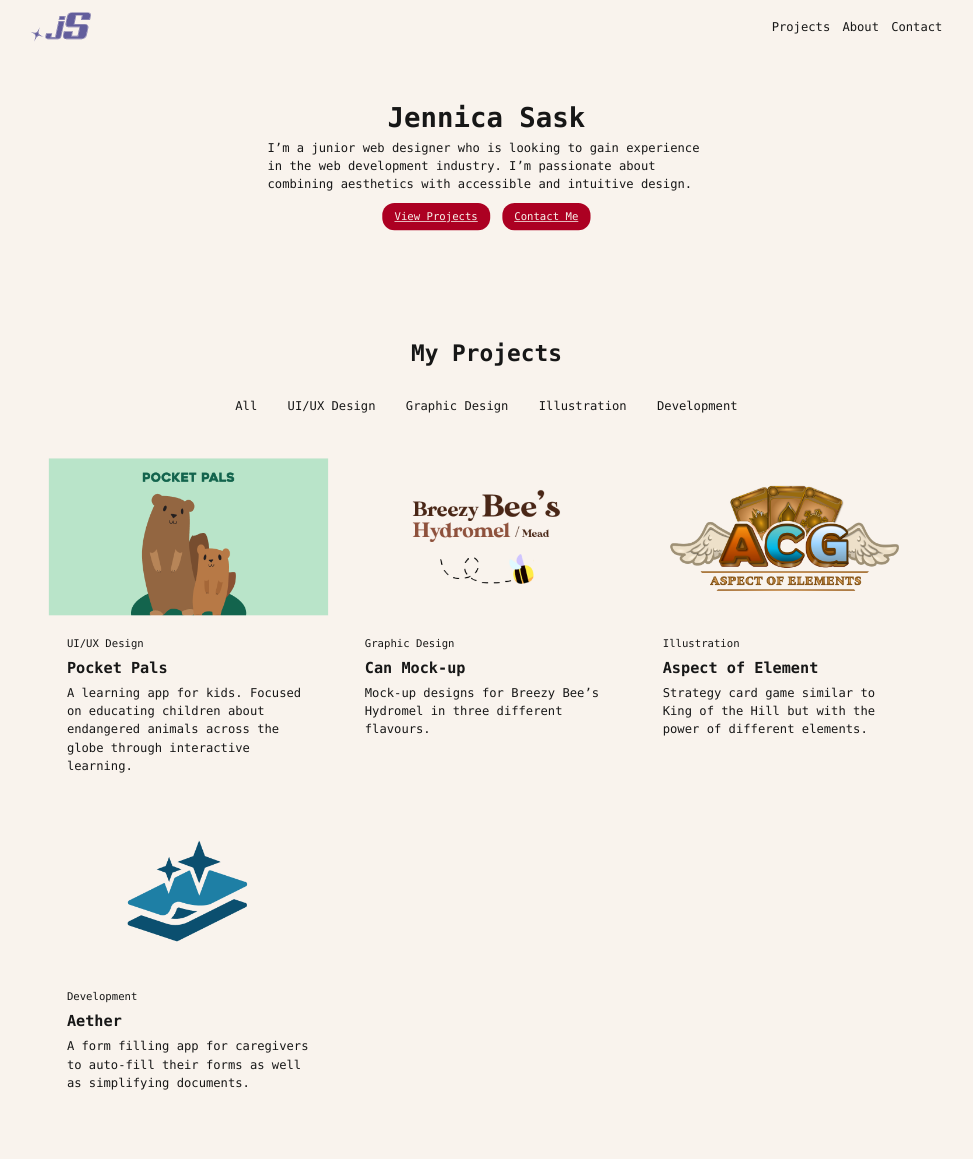
Repository: Jennica1/jsask-portfolio
Page: /
The author's editor kept a copy of each file at every save. The page is drawn from the files as they stood at one save, then again after the next save.
The browser window is 1280 px wide. The pictures show the whole page, at 76% of full size.
The project was rebuilt for these pictures with package versions that can differ from the ones it lists, and the page was loaded fresh each time. The framework's server and built-in components were replaced by stand-ins that run in the browser. Also part of the build but not shown: next.config.mjs, src/app/components/Slideshow/PP-wireframe.js.

Above is the page before, as saved 2025-02-10 16:53:51.

### src/app/layout.js
import { Geist, Geist_Mono } from "next/font/google";
import "./globals.css";

const geistSans = Geist({
  variable: "--font-geist-sans",
  subsets: ["latin"],
});

const geistMono = Geist_Mono({
  variable: "--font-geist-mono",
  subsets: ["latin"],
});

export const metadata = {
  title: "JS Portfolio",
  description: "Jennica Sask's Portfolio Works.",
};

export default function RootLayout({ children }) {
  return (
    <html lang="en">
      <body
        className={`${geistSans.variable} ${geistMono.variable} antialiased`}
      >
        {children}
      </body>
    </html>
  );
}

### src/app/page.js
import Image from "next/image";
import Header from "./components/Header/Header";
import Link from "next/link";
import Slideshow from "./components/Slideshow/PP-wireframe";
import Hero from "./components/Hero/Hero";
import { ProjectsGrid } from "./components/ProjectsGrid/ProjetsGrid";

export default function Home() {


  return (
    <>
    <main className="flex justify-center flex-col items-center">
      <Header/>


      <Hero className="p-5"/>

   <ProjectsGrid/>

    </main>
    </>
  );
}

### src/app/globals.css
@tailwind base;
@tailwind components;
@tailwind utilities;
@import "swiper/css";
@import "swiper/css/navigation";
@import "swiper/css/pagination";


:root {
  --background: #F9F3ED;
  --foreground: #171717;
}

@media (prefers-color-scheme: dark) {
  /* :root {
    --background: #0a0a0a;
    --foreground: #F9F3ED;
  } */
}

body {
  color: var(--foreground);
  background: var(--background);
  font-family: Arial, Helvetica, sans-serif, consolas;
  @apply font-consolas;
}

### src/app/components/Header/Header.js
import React from "react"
import Image from "next/image"
import Link from "next/link"

export default function Header() {
  return (
    <>
      <header className="flex justify-between w-full pl-10 pr-10 pt-4">
        <div className="flex items-center">
          <Link href="/">
          <Image
            src="/images/Logo.svg"
            width={80}
            height={50}
            alt="logo" />
            </Link>
        </div>

        <div className="flex items-center space-x-4">
          <Link href="/#projects">Projects</Link>
          <Link href="/">About</Link>
          <Link href="/">Contact</Link>
        </div>
      </header>
    </>
  )
}

### src/app/components/Hero/Hero.js
import React from "react";

export default function Hero() {
  return (
    <>
      <div className="flex flex-col items-center px-4 pt-20 py-3 space-y-2">
        <h1 className="text-3xl md:text-4xl font-bold">Jennica Sask</h1>
        <p className="text-md md:text-md text-muted-foreground max-w-xl mb-8 justify-center">
          I’m a junior web designer who is looking to gain experience in the web
          development industry. I’m passionate about combining aesthetics with
          accessible and intuitive design.
        </p>
      </div>

      <div className="flex gap-4 pb-20">
        <a
          href="#projects"
          className="px-4 py-2 hover:opacity-90 transition-opacity bg-[#AC0022] rounded-2xl w-fit h-fit text-base text-[#F9F3ED] underline md:text-sm lg:text-sm"
        >
          View Projects
        </a>
        <a
          href="#contact"
          className="px-4 py-2 hover:opacity-90 transition-opacity bg-[#AC0022] rounded-2xl w-fit h-fit text-base text-[#F9F3ED] underline md:text-sm lg:text-sm"
        >
          Contact Me
        </a>
      </div>
    </>
  );
}

### src/app/components/ProjectsGrid/ProjetsGrid.js
"use client";

import { useState } from "react";
import { ProjectCard } from "../ProjectCard/ProjectCard";

const projects = [
  {
    id: 1,
    title: "Pocket Pals",
    description: "A learning app for kids. Focused on educating children about endangered animals across the globe through interactive learning.",
    image: "/pocketPals/Logo.png",
    category: "UI/UX Design",
    path: "/pocket-pals",
  },
  {
    id: 2,
    title: "Can Mock-up",
    description: "Mock-up designs for Breezy Bee’s Hydromel in three different flavours.",
    image: "/canMockup/Logo.png",
    category: "Graphic Design",
    path: "/can-mockup",
  },
  {
    id: 3,
    title: "Aspect of Element",
    description: "Strategy card game similar to King of the Hill but with the power of different elements.",
    image: "/ACG/Logo.png",
    category: "Illustration",
    path: "/ACG",
  },
  {
    id: 4,
    title: "Aether",
    description: "A form filling app for caregivers to auto-fill their forms as well as simplifying documents.",
    image: "/aether/Logo.png",
    category: "Development",
    path: "/aether",
  },
];


const categories = ["All", "UI/UX Design", "Graphic Design", "Illustration", "Development"];

export const ProjectsGrid = () => {
  const [selectedCategory, setSelectedCategory] = useState("All");

  const filteredProjects =
    selectedCategory === "All"
      ? projects
      : projects.filter((project) => project.category === selectedCategory);

  return (
    <section id="projects" className="py-16 px-4">
      <div className="max-w-6xl mx-auto">
        <h2 className="text-3xl font-bold mb-8 text-center">My Projects</h2>

        <div className="flex flex-wrap gap-2 justify-center mb-12">
          {categories.map((category) => (
            <button
              key={category}
              onClick={() => setSelectedCategory(category)}
              className={`px-4 py-2 rounded-lg transition-colors ${
                selectedCategory === category
                  ? "bg-primary text-primary-foreground"
                  : "bg-secondary text-secondary-foreground hover:bg-secondary/80"
              }`}
            >
              {category}
            </button>
          ))}
        </div>

        {/* Fix: Use .map() to render ProjectCard components */}
        <div className="grid grid-cols-1 md:grid-cols-2 lg:grid-cols-3 gap-6">
  {filteredProjects.map((project) => (
    <ProjectCard key={project.id} {...project} />
  ))}
</div>

      </div>
    </section>
  );
};

### src/app/components/ProjectCard/ProjectCard.js
"use client";

import { useRouter } from "next/navigation";

export const ProjectCard = ({ title, description, image, category, path }) => {
  const router = useRouter();

  const handleNavigation = () => {
    router.push(path); // Navigate to the assigned path
  };

  return (
    <div onClick={handleNavigation} className="cursor-pointer">
      <div className="aspect-video overflow-hidden">
        <img
          src={image}
          alt={title}
          className="w-full h-full object-cover transition-transform group-hover:scale-105"
        />
      </div>
      <div className="p-6">
        <span className="text-sm text-primary mb-2 inline-block">{category}</span>
        <h3 className="text-xl font-semibold mb-2">{title}</h3>
        <p className="text-muted-foreground">{description}</p>
      </div>
    </div>
  );
};

### tailwind.config.mjs
/** @type {import('tailwindcss').Config} */
export default {
  content: [
    "./src/pages/**/*.{js,ts,jsx,tsx,mdx}",
    "./src/components/**/*.{js,ts,jsx,tsx,mdx}",
    "./src/app/**/*.{js,ts,jsx,tsx,mdx}",
  ],
  theme: {
    extend: {
      colors: {
        background: "var(--background)",
        foreground: "var(--foreground)",
      },
      fontFamily: {
        consolas: ["Consolas, monospace"],
      },
      keyframes: {
        fadeIn: {
          "0%": { opacity: "0" },
          "100%": { opacity: "1" },
        },
        slideIn: {
          "0%": { opacity: "0", transform: "translateY(20px)" },
          "100%": { opacity: "1", transform: "translateY(0)" },
        },
      },
      animation: {
        fadeIn: "fadeIn 1s ease-out forwards",
        slideIn: "slideIn 1s ease-out forwards",
      },

    },
  },
  plugins: [],
};

After the next save:
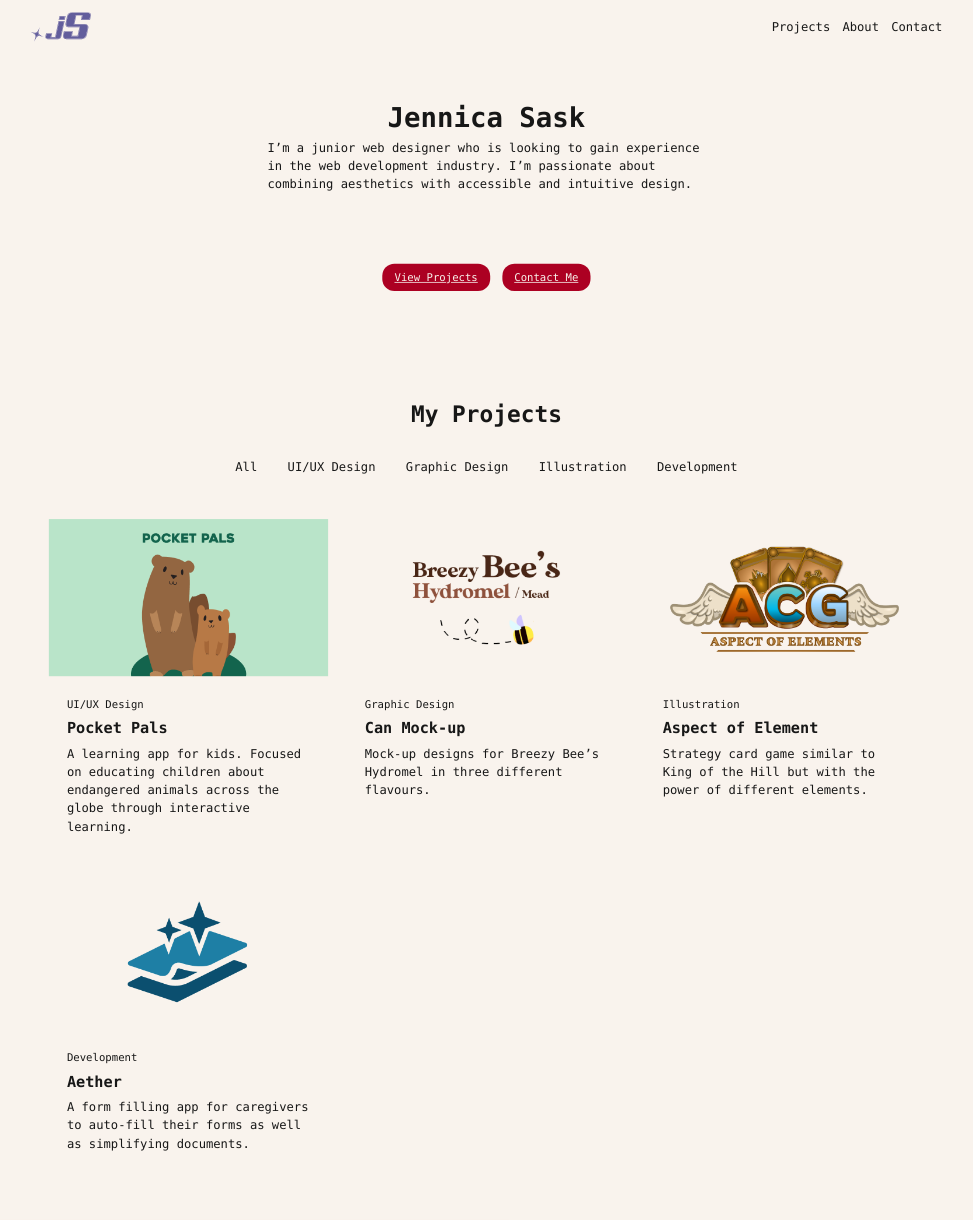
Saved 40 s later.
--- a/src/app/components/Hero/Hero.js
+++ b/src/app/components/Hero/Hero.js
@@ -12,7 +12,7 @@
         </p>
       </div>
 
-      <div className="flex gap-4 pb-20">
+      <div className="flex gap-4 py-20">
         <a
           href="#projects"
           className="px-4 py-2 hover:opacity-90 transition-opacity bg-[#AC0022] rounded-2xl w-fit h-fit text-base text-[#F9F3ED] underline md:text-sm lg:text-sm"
